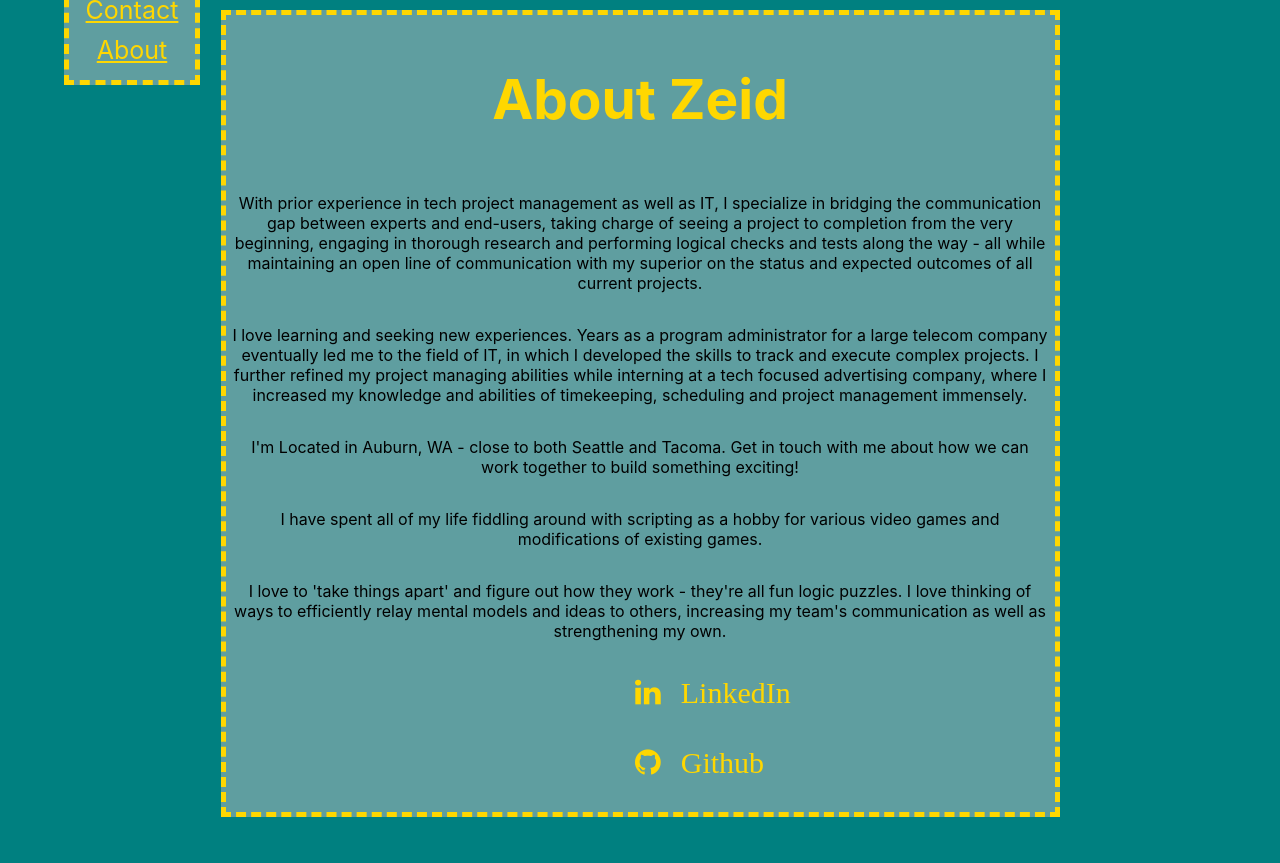
Repository: zeidalidiez/portfolioreact
Page: /About
The author's editor kept a copy of each file at every save. The page is drawn from the files as they stood at one save, then again after the next save.
The browser window is 1280 px wide. The pictures show the whole page.
The project was rebuilt for these pictures with package versions that can differ from the ones it lists, and the page was loaded fresh each time. Also part of the build but not shown: src/components/Thumbnail.js, src/components/Projects.js, src/components/Contact.js.

Above is the page before, as saved 2021-02-08 19:08:27.

### public/index.html
<!DOCTYPE html>
<html lang="en">
  <head>
    <meta charset="utf-8" />
    <link href="data:[embedded picture, 289 characters]" rel="icon" type="image/x-icon" />    <meta name="viewport" content="width=device-width, initial-scale=1" />
    <link rel="stylesheet" href="https://cdnjs.cloudflare.com/ajax/libs/font-awesome/4.7.0/css/font-awesome.min.css">
    <meta name="theme-color" content="#000000" />
    <meta
      name="description"
      content="Web site created using create-react-app"
    />    <!--
      manifest.json provides metadata used when your web app is installed on a
      user's mobile device or desktop. See https://developers.google.com/web/fundamentals/web-app-manifest/
    -->
    <link rel="manifest" href="%PUBLIC_URL%/manifest.json" />
    <!--
      Notice the use of %PUBLIC_URL% in the tags above.
      It will be replaced with the URL of the `public` folder during the build.
      Only files inside the `public` folder can be referenced from the HTML.

      Unlike "/favicon.ico" or "favicon.ico", "%PUBLIC_URL%/favicon.ico" will
      work correctly both with client-side routing and a non-root public URL.
      Learn how to configure a non-root public URL by running `npm run build`.
    -->
    <title>Zeid Diez - Portfolio</title>
  </head>
  <body>
    <noscript>You need to enable JavaScript to run this app.</noscript>
    <div id="root"></div>
    <!--
      This HTML file is a template.
      If you open it directly in the browser, you will see an empty page.

      You can add webfonts, meta tags, or analytics to this file.
      The build step will place the bundled scripts into the <body> tag.

      To begin the development, run `npm start` or `yarn start`.
      To create a production bundle, use `npm run build` or `yarn build`.
    -->
  </body>
</html>

### src/index.js
import React from 'react';
import ReactDOM from 'react-dom';
import './index.css';
import App from './components/App';
import reportWebVitals from './reportWebVitals';

ReactDOM.render(
  <React.StrictMode>
  <App />
  </React.StrictMode>,
  document.getElementById('root')
);

// If you want to start measuring performance in your app, pass a function
// to log results (for example: reportWebVitals(console.log))
// or send to an analytics endpoint. Learn more: https://bit.ly/CRA-vitals
reportWebVitals();

### src/components/App.js
// App.jsx

import React from 'react';
// Import the BrowserRouter, Route and Link components
import {Route, BrowserRouter as Router, Link} from "react-router-dom";
import Projects from './Projects.js';
import Contact from './Contact.js';
import About from './About.js';
import './App.css';

function App() {
  return (
    <header>
    <Router>
      <div className="App">
        <Route exact path="/Projects" component={Projects} />
        <Route exact path="/Contact" component={Contact} />
        <Route exact path="/About" component={About} />
        <Route exact path="/" component={About} />
  <nav>
        <div className="navigation">
          <div className="navigation-sub">
            <Link to="/Projects" className="item">Projects</Link>
            <Link to="/Contact" className="item">Contact</Link>
            <Link to="/About" className="item">About</Link>

          </div>
        </div>
        </nav>
      </div>
    </Router>
    <menu>

</menu>
    </header>


  );
}

export default App;

### src/components/About.js
import React from "react"

function About(props) {
  return (
    <div className="aboutDiv">
      <h2>About Zeid</h2>
      <p>With prior experience in tech project management as well as IT, I specialize in bridging the communication gap between experts and end-users, taking charge of seeing a project to completion from the very beginning, engaging in thorough research and performing logical checks and tests along the way - all while maintaining an open line of communication with my superior on the status and expected outcomes of all current projects. </p>
      <p>I love learning and seeking new experiences. Years as a program administrator for a large telecom company eventually led me to the field of IT, in which I developed the skills to track and execute complex projects. I further refined my project managing abilities while interning at a tech focused advertising company, where I increased my knowledge and abilities of timekeeping, scheduling and project management immensely.</p>
      <p>I'm Located in Auburn, WA - close to both Seattle and Tacoma. Get in touch with me about how we can work together to build something exciting! </p>
      <p>I have spent all of my life fiddling around with scripting as a hobby for various video games and modifications of existing games.</p>
      <p>I love to 'take things apart' and figure out how they work - they're all fun logic puzzles. I love thinking of ways to efficiently relay mental models and ideas to others, increasing my team's communication as well as strengthening my own.</p>

      <a href="https://www.linkedin.com/in/zeid-diez/" class="fa fa-linkedin">LinkedIn</a>
      <a href="https://github.com/zeidalidiez" class="fa fa-github">Github</a>
    </div>
  )
}

export default About;

### src/components/App.css

body {
  background-color: teal;
  display: grid;
}
div {
display: grid;
padding: 5px;
position: relative;
text-align: center;
padding-bottom: 15px;

}
 .projectDiv {
  background-color: cadetblue;
  width: 65%;
  justify-self: center;
  align-self: center;
  align-items: center;
  border: 5px dashed gold;
 }
h2 {
  color: Gold;
  font-size: 55px;
}

/* div.project {
  text-align: center;
  font-family: Georgia, "Times New Roman", Times, serif;
  font-style: italic;
  padding-bottom: 15px;
  border: 5px dashed gold;
  width: 80%;
  justify-self: center;
} */

div.project-title {
  position: relative;
  text-align: center;
  font-family: Georgia, "Times New Roman", Times, serif;
  font-style: italic;
  padding-bottom: 15px;

}

.navigation {
text-align: center;
align-self: center;
top: 0;
position: fixed;
  }

.navigation-sub {
padding: 10px;
text-align: center;
align-self: center;
bottom: auto;
left: 5%;
position: fixed;
border: 5px dashed gold;
background-color: cadetblue;
font-size: 25px;
}

a {
  display: grid;
padding: 5px;
text-align: center;
align-self: center;
}

img {
  display: block;
  margin-left: auto;
  margin-right: auto;
  width: 50%;
}


/* unvisited link */
a:link {
  color: gold;
}

/* visited link */
a:visited {
  color: rgb(255, 208, 0);
}

/* mouse over link */
a:hover {
  color: rgb(255, 174, 0);
}

/* selected link */
a:active {
  color: rgb(255, 0, 0);
}

.aboutDiv {
  background-color: cadetblue;
  width: 65%;
  justify-self: center;
  border: 5px dashed gold;

}

form {
  background-color: cadetblue;
  width: 65%;
  justify-self: center;
  padding-bottom: 60px;
  display: grid;
  border: 5px dashed gold;
}

.emailInput {
  width: 100%;
  padding: 12px 20px;
  margin: 8px 0;
  box-sizing: border-box;
}

.messageInput {
  width: 100%;
  box-sizing: border-box;
  height: 150px;
  border-radius: 4px;
  resize: none;
}

/* Style all font awesome icons */
.fa {
  padding: 20px;
  font-size: 50px;
  width: 50px;
  text-align: center;
  text-decoration: none;
  justify-self:center;
}

/* Add a hover effect if you want */
.fa:hover {
  opacity: 0.7;
}

/* Set a specific color for each brand */

/* linkedin */
.fa-linkedin {
  font-size: 30px;
}

/* github */
.fa-github {

  font-size: 30px;
}

a.fa.fa-linkedin::before {
  padding: 20px;
}

a.fa.fa-github::before {
  padding: 20px;
}

a.fa.fa-linkedin::after {
  font-size: 20px;
}

a.fa.fa-github::after {
  font-size: 20px;
}

@media screen and (max-width: 800px) {
  .navigation {
    text-align: center;
    align-self: center;
    top: 0;
    position: fixed;
      }

    .navigation-sub {
    padding: 10px;
    text-align: center;
    align-self: center;
    bottom: auto;
    left: 5%;
    position: fixed;
    border: 5px dashed gold;
    background-color: cadetblue;
    font-size: 10px;
    }
}

Loaded but not shown: src/index.css (common file); src/reportWebVitals.js (common file)

After the next save:
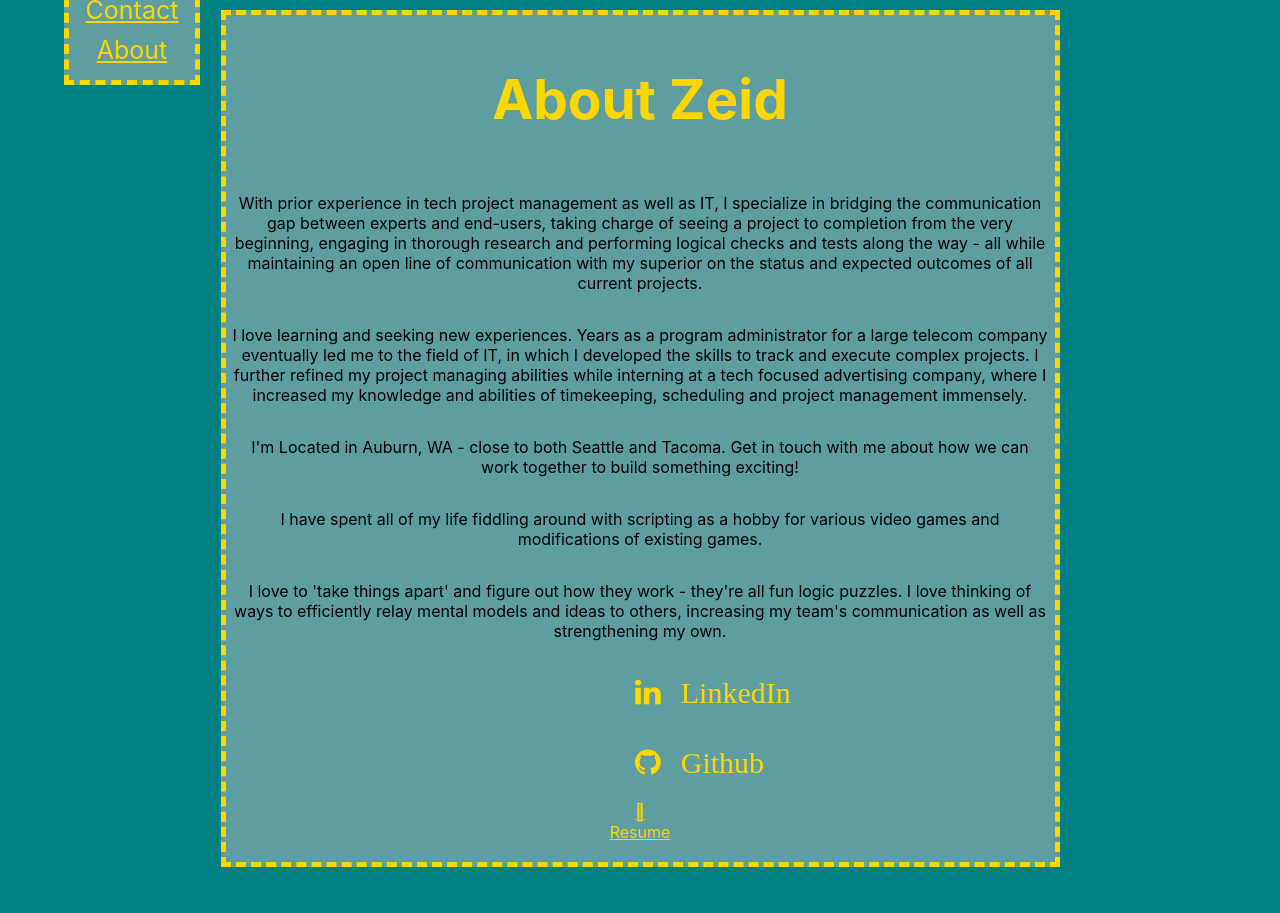
Saved 5 h 8 min later.
--- a/src/components/About.js
+++ b/src/components/About.js
@@ -12,6 +12,7 @@ function About(props) {
 
       <a href="https://www.linkedin.com/in/zeid-diez/" class="fa fa-linkedin">LinkedIn</a>
       <a href="https://github.com/zeidalidiez" class="fa fa-github">Github</a>
+      <a href="https://github.com/zeidalidiez/portfolioreact/raw/master/public/New%20Resume.pdf" class="fas fa-file">Resume</a>
     </div>
   )
 }
